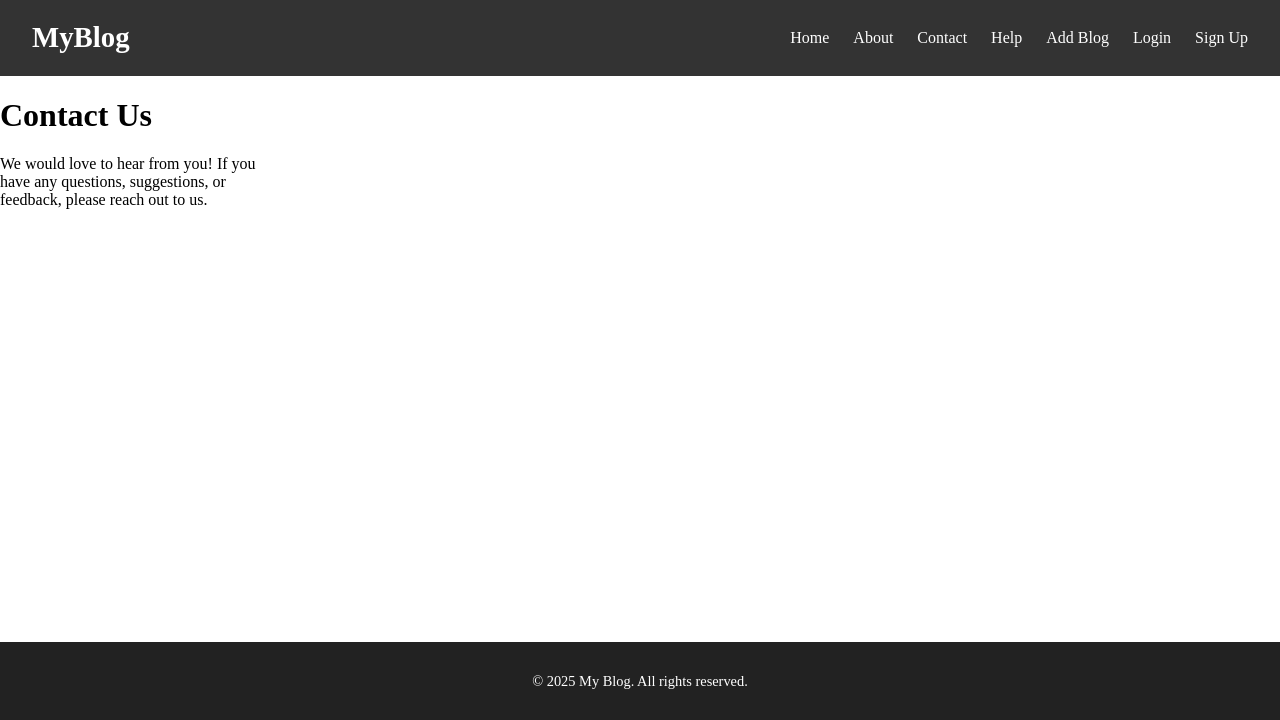
Repository: ankitg-02/FLASK
Page: http://localhost/contact
These files come from the project's save history. The page is drawn as it stood at one moment and after the next save; the edit follows.
The browser window is 1280 px wide. The pictures show the whole page.
The page is served by the project's application, run on Flask 3 (app.py).

Above is the page before, as saved 2025-05-19 22:04:08.

### Project2/templates/contact.html
{% extends "base.html" %} {% block title %}Contact | My Blog{% endblock %} {%
block content %}
<div class="card mb-3" ,align-items="center" style="width: 18rem">
  <h1 class="text-center mb-4" ,align-items="center">Contact Us</h1>
  <p class="text-center">
    We would love to hear from you! If you have any questions, suggestions, or
    feedback, please reach out to us.
  </p>
</div>
{% endblock %}

### Project2/templates/base.html
<!DOCTYPE html>
<html lang="en">
  <head>
    <meta charset="UTF-8" />
    <title>{% block title %}My Blog{% endblock %}</title>
    <link
      rel="stylesheet"
      href="{{ url_for('static', filename='css/style.css') }}"
    />
    <meta name="viewport" content="width=device-width, initial-scale=1" />
  </head>
  <body>
    <div class="wrapper">
      <nav class="navbar">
        <div class="nav-container">
          <a href="{{ url_for('index') }}" class="nav-logo">MyBlog</a>
          <ul class="nav-menu" id="nav-menu">
            <li><a href="{{ url_for('index') }}" class="nav-link">Home</a></li>
            <li><a href="{{ url_for('about') }}" class="nav-link">About</a></li>
            <li>
              <a href="{{ url_for('contact') }}" class="nav-link">Contact</a>
            </li>
            <li><a href="{{ url_for('help') }}" class="nav-link">Help</a></li>
            <li>
              <a href="{{ url_for('add_blog') }}" class="nav-link">Add Blog</a>
            </li>

            {% if current_user.is_authenticated %}
            <li>
              <a href="{{ url_for('logout') }}" class="nav-link nav-link-button"
                >Logout</a
              >
            </li>
            {% else %}
            <li><a href="{{ url_for('login') }}" class="nav-link">Login</a></li>
            <li>
              <a href="{{ url_for('signup') }}" class="nav-link nav-link-button"
                >Sign Up</a
              >
            </li>
            {% endif %}
          </ul>
          <div class="nav-toggle" id="nav-toggle">
            <span></span>
            <span></span>
            <span></span>
          </div>
        </div>
      </nav>

      <main>{% block content %}{% endblock %}</main>

      <footer class="footer">
        <p>&copy; 2025 My Blog. All rights reserved.</p>
      </footer>
    </div>

    <script>
      const navToggle = document.getElementById("nav-toggle");
      const navMenu = document.getElementById("nav-menu");

      navToggle.addEventListener("click", () => {
        navMenu.classList.toggle("nav-menu_visible");
        navToggle.classList.toggle("nav-toggle_active");
      });
    </script>
  </body>
</html>

### Project2/app.py
from flask import Flask, render_template, request, redirect, url_for, flash
from flask_sqlalchemy import SQLAlchemy
from flask_login import LoginManager, UserMixin, login_user, login_required, logout_user, current_user
from werkzeug.security import generate_password_hash, check_password_hash
from datetime import datetime

app = Flask(__name__)
app.secret_key = "secretkey"

# Database configuration
app.config['SQLALCHEMY_DATABASE_URI'] = 'sqlite:///blogs.db'
app.config['SQLALCHEMY_TRACK_MODIFICATIONS'] = False
db = SQLAlchemy(app)

# Flask-Login setup
login_manager = LoginManager()
login_manager.init_app(app)
login_manager.login_view = 'login'

# User model
class User(db.Model, UserMixin):
    id = db.Column(db.Integer, primary_key=True)
    username = db.Column(db.String(100), unique=True, nullable=False)
    email = db.Column(db.String(120), unique=True, nullable=False)
    password = db.Column(db.String(200), nullable=False)

# Blog model
class Blog(db.Model):
    id = db.Column(db.Integer, primary_key=True)
    author = db.Column(db.String(100), nullable=False)
    email = db.Column(db.String(120), nullable=False)
    phone = db.Column(db.String(15), nullable=False)
    title = db.Column(db.String(200), nullable=False)
    content = db.Column(db.Text, nullable=False)
    date_posted = db.Column(db.DateTime, default=datetime.utcnow)

@login_manager.user_loader
def load_user(user_id):
    return User.query.get(int(user_id))

# Routes
@app.route('/')
def index():
    blogs = Blog.query.order_by(Blog.date_posted.desc()).all()
    return render_template('index.html', blogs=blogs)

@app.route('/about')
def about():
    return render_template('about.html')

@app.route('/contact')
def contact():
    return render_template('contact.html')

@app.route('/help')
def help():
    return render_template('help.html')

@app.route('/add_blog', methods=['GET', 'POST'])
@login_required
def add_blog():
    if request.method == 'POST':
        author = request.form['author']
        email = request.form['email']
        phone = request.form['phone']
        title = request.form['title']
        content = request.form['content']

        new_blog = Blog(
            author=author,
            email=email,
            phone=phone,
            title=title,
            content=content
        )

        try:
            db.session.add(new_blog)
            db.session.commit()
            flash("✅ Blog added successfully!", "success")
            return redirect(url_for('index'))
        except Exception as e:
            flash(f"❌ Error: {str(e)}", "danger")
            return redirect(url_for('add_blog'))

    return render_template('add_blog.html')

@app.route('/signup', methods=['GET', 'POST'])
def signup():
    if request.method == 'POST':
        username = request.form['username']
        email = request.form['email']
        password = generate_password_hash(request.form['password'])

        user = User(username=username, email=email, password=password)
        try:
            db.session.add(user)
            db.session.commit()
            flash("✅ Account created. Please log in.", "success")
            return redirect(url_for('login'))
        except:
            flash("❌ Username or Email already exists.", "danger")
            return redirect(url_for('signup'))

    return render_template('signup.html')

@app.route('/login', methods=['GET', 'POST'])
def login():
    if request.method == 'POST':
        email = request.form['email']
        password = request.form['password']
        user = User.query.filter_by(email=email).first()
        if user and check_password_hash(user.password, password):
            login_user(user)
            flash("✅ Logged in successfully.", "success")
            return redirect(url_for('index'))
        else:
            flash("❌ Invalid credentials.", "danger")
            return redirect(url_for('login'))
    return render_template('login.html')

@app.route('/logout')
@login_required
def logout():
    logout_user()
    flash("🔒 Logged out.", "info")
    return redirect(url_for('index'))

# Run app
if __name__ == '__main__':
    with app.app_context():
        db.create_all()
    app.run(debug=True)

### Project2/static/css/style.css
html, body {
  height: 100%;
  margin: 0;
  padding: 0;
}

.wrapper {
  display: flex;
  flex-direction: column;
  min-height: 100vh;
}
main {
  flex: 1;
}

.navbar {
  background-color: #333;
  color: white;
  padding: 0.8rem 2rem;
  position: sticky;
  top: 0;
  z-index: 1000;
}

.nav-container {
  display: flex;
  justify-content: space-between;
  align-items: center;
}

.nav-logo {
  font-size: 1.8rem;
  font-weight: bold;
  color: white;
  text-decoration: none;
}

.nav-menu {
  list-style: none;
  display: flex;
  gap: 1.5rem;
}

.nav-link {
  text-decoration: none;
  color: white;
  transition: color 0.3s ease;
}

.nav-link:hover {
  color: #00bfff;
}

.nav-button {
  background-color: #00bfff;
  padding: 0.5rem 1rem;
  border-radius: 5px;
  color: white;
}

.nav-toggle {
  display: none;
  flex-direction: column;
  cursor: pointer;
}

.nav-toggle .bar {
  height: 3px;
  width: 25px;
  background-color: white;
  margin: 4px 0;
  transition: all 0.3s;
}

/* Mobile view */
@media (max-width: 768px) {
  .nav-menu {
    flex-direction: column;
    position: absolute;
    top: 60px;
    right: 0;
    background-color: #333;
    width: 100%;
    max-height: 0;
    overflow: hidden;
    transition: max-height 0.3s ease;
  }

  .nav-menu-visible {
    max-height: 400px;
  }

  .nav-toggle {
    display: flex;
  }

  .nav-menu li {
    margin: 1rem 0;
    text-align: center;
  }
}

.main-content {
  padding: 2rem;
  text-align: center;
}

.footer {
  background-color: #222;
  color: #fff;
  padding: 1rem;
  text-align: center;
  font-size: 0.9rem;
}
.form-container {
  max-width: 500px;
  margin: 2rem auto;
  background-color: #ffffff;
  padding: 2rem;
  border-radius: 10px;
  box-shadow: 0 8px 20px rgba(0, 0, 0, 0.05);
  text-align: center;
}

.form-container h2 {
  margin-bottom: 1rem;
  color: #333;
}

.form-container form {
  display: flex;
  flex-direction: column;
  gap: 1rem;
}

.form-container input,
.form-container textarea {
  padding: 0.75rem;
  border: 1px solid #ccc;
  border-radius: 8px;
  font-size: 1rem;
}

.form-container textarea {
  resize: vertical;
}

.form-button {
  background-color: #00bfff;
  color: white;
  padding: 0.75rem;
  border: none;
  border-radius: 8px;
  cursor: pointer;
  transition: background-color 0.3s ease;
  font-size: 1rem;
}

.form-button:hover {
  background-color: #009ace;
}

.form-container p {
  margin-top: 1rem;
  font-size: 0.95rem;
}

.form-container a {
  color: #00bfff;
  text-decoration: none;
}
.card-mb-3 {
  max-width: 800px;
  margin: 40px auto; /* centers horizontally */
  padding: 20px;
  text-align: center;
}

.card-mb-3 h1,
.card-mb-3 h2,
.card-mb-3 p {
  margin-bottom: 15px;
  color: #333;
}

After the next save:
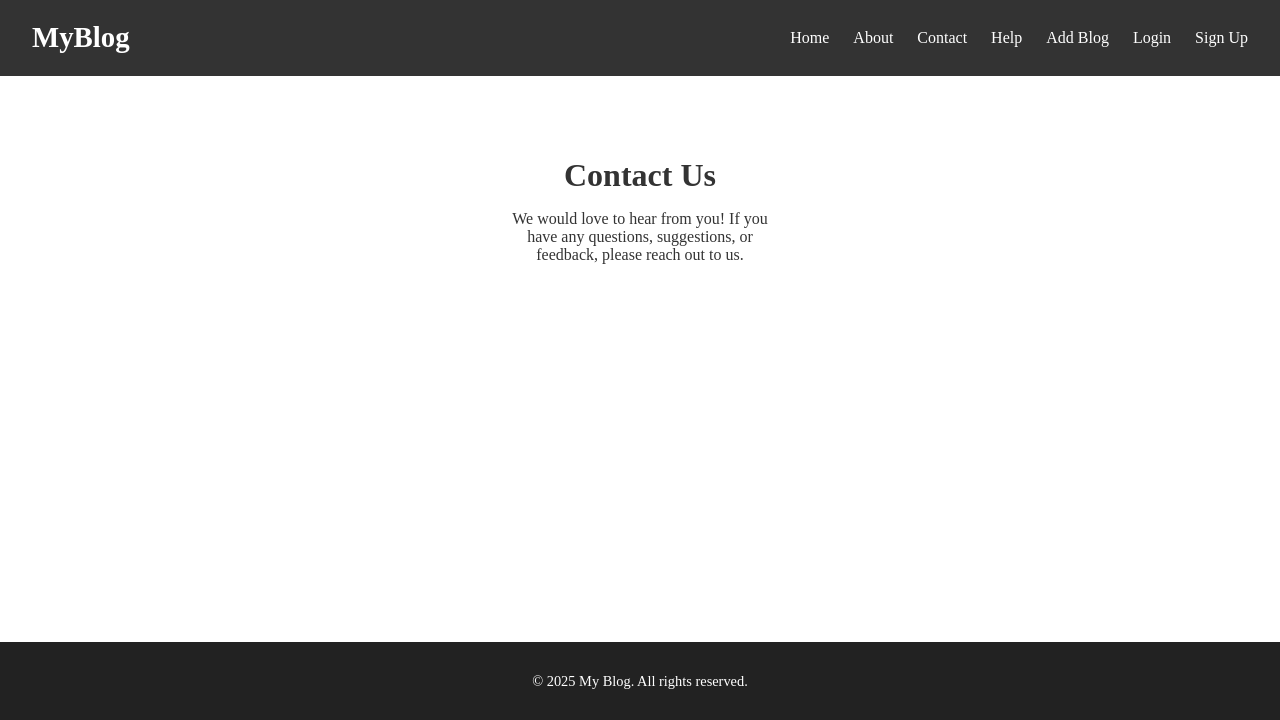
Saved 16 s later.
--- a/Project2/templates/contact.html
+++ b/Project2/templates/contact.html
@@ -1,6 +1,6 @@
 {% extends "base.html" %} {% block title %}Contact | My Blog{% endblock %} {%
 block content %}
-<div class="card mb-3" ,align-items="center" style="width: 18rem">
+<div class="card-mb-3" ,align-items="center" style="width: 18rem">
   <h1 class="text-center mb-4" ,align-items="center">Contact Us</h1>
   <p class="text-center">
     We would love to hear from you! If you have any questions, suggestions, or
